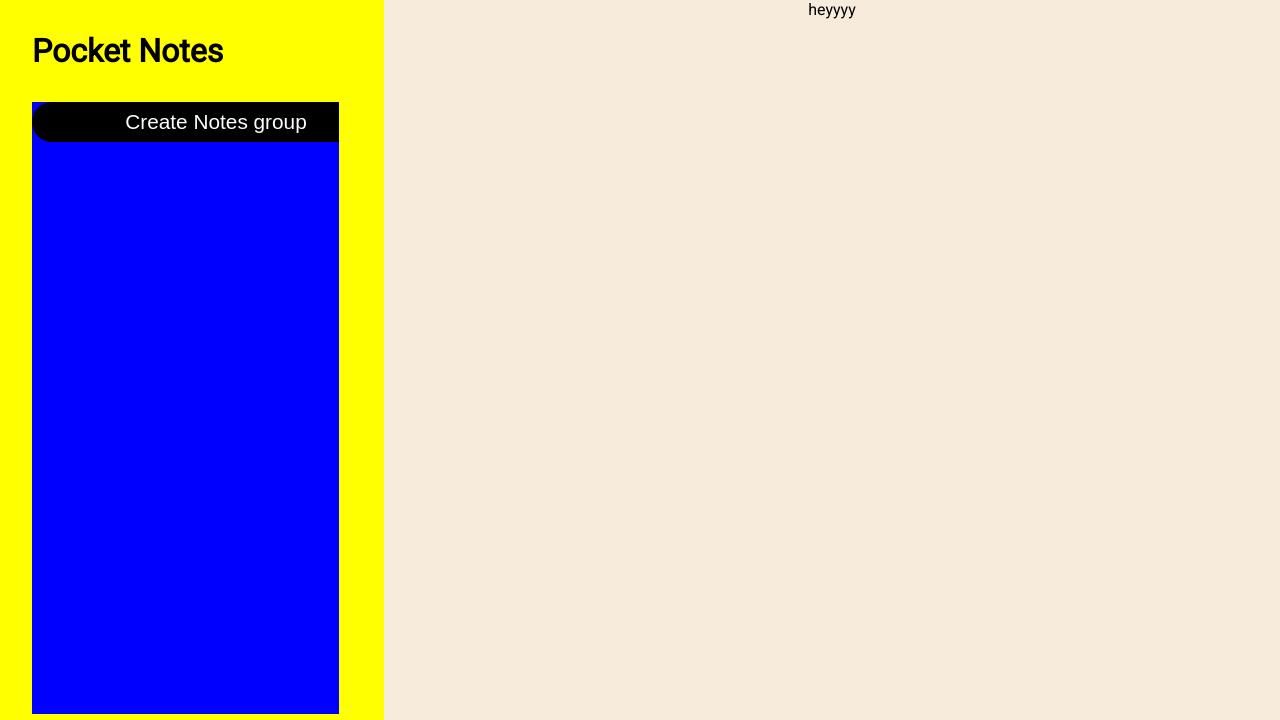
Repository: drumsmanku/react-module-test
Page: /
These files come from the project's save history. The page is drawn as it stood at one moment and after the next save; the edit follows.
The browser window is 1280 px wide. The pictures show the whole page.
The project was rebuilt for these pictures with package versions that can differ from the ones it lists, and the page was loaded fresh each time.

Above is the page before, as saved 2023-06-10 18:55:37.

### src/App.js
import './App.css';
import MainPage from './Components/MainPage';

function App() {
  return (
    <div className="App">
      <MainPage/>
    </div>
  );
}

export default App;

### src/Components/MainPage.js
import React, { useState, useEffect } from "react";
import "./MainPage.css";
import PopUp from "./PopUp";

function MainPage() {

  const colors=['#81acbc', '#567da2','#9c7ac8','#91b1c5','#ea9fd8','#35f030','#8c5064','#186e33','#c25650','#cc7ec7','#2521ef','#e9d499','#25f073','#dcf4b6','#17cb98','#cb6856','#49616e','#7fef88','#a362f6','#08e400','#9726a2','#5c0a51' ]
  const [myGroups, setMyGroups] = useState(() => {
    const storedValue = localStorage.getItem("group");
    return storedValue ? JSON.parse(storedValue) : [];
  });

  useEffect(() => {
    localStorage.setItem("group", JSON.stringify(myGroups));
  }, [myGroups]);

  return (
    <div className="main-container">
      <div className="first-compartment">
        <h1>Pocket Notes</h1>
        <div className="group-buttons">
          <PopUp myGroups={myGroups} setMyGroups={setMyGroups} />
          {myGroups.map((group, idx) => (
            <button className="cat-buttons" key={idx}>
              <div className="icon" style={{backgroundColor:colors[idx]}}></div> {group}
            </button>
          ))}
        </div>
      </div>
      <div className="second-compartment">heyyyy</div>
    </div>
  );
}

export default MainPage;

### src/Components/MainPage.css
@import url('https://fonts.googleapis.com/css2?family=Roboto&display=swap');
body{
  font-family: 'Roboto';
}

.main-container{
  height: 100vh;
  width: 100vw;
  display: flex;
}

.first-compartment{
  width: 30%;
  height: 100vh;
  background-color: yellow;
}

.first-compartment h1{
  margin: 0;
  text-align: left;
  padding: 2rem;
}
.group-buttons{
  height: 85%;
  max-height: 85%;
  overflow-y: auto;
  overflow-x: visible;
  width: 80%;
  background-color: blue;
  display: flex;
  flex-direction: column;
  align-items: flex-start;
  margin-left: 2rem;
}

.cat-buttons{
  width: 26rem;
  height: 4rem;
  background-color: white;
  color: black;
  margin: 1rem 1rem 1rem 0;
  font-size: 1.3rem;
  font-weight: medium;
  display: flex;
  align-items: center;


}
.icon{
  height: 3.5rem;
  width: 3.5rem;
  border-radius: 50%;
  margin-right: 2rem;

}
.second-compartment{
  background-color: #F7ECDC;
  width: 70%;
  height: 100vh;
}

### src/Components/PopUp.js
import React, { useState } from "react";
import "./PopUp.css";
import Popup from "reactjs-popup";
import "reactjs-popup/dist/index.css";

function PopUp({ myGroups, setMyGroups }) {
  const [input, setInput] = useState("");

  const handleInputChange = (event) => {
    setInput(event.target.value);
  };

  const handleButtonClick = () => {
    setMyGroups([...myGroups, input]);
    setInput("");
  };

  return (
    <div>
      <Popup
        trigger={<button className="btn-1">Create Notes group</button>}
        modal
        nested
      >
        {(close) => (
          <div className="modal">
            <div className="content">Welcome to GFG!!!</div>
            <div>
              <button onClick={() => close()}>Close modal</button>
              <input type="text" onChange={handleInputChange} value={input} />
              <button onClick={handleButtonClick}>add</button>
            </div>
          </div>
        )}
      </Popup>
    </div>
  );
}

export default PopUp;

### src/Components/PopUp.css
@import url('https://fonts.googleapis.com/css2?family=Roboto&display=swap');

body{
  font-family: 'Roboto';
}

.btn-1{
  width: 23rem;
  height: 2.5rem;
  background-color: black;
  border: none;
  border-radius: 3rem;
  color: white;
  font-weight: 2rem;
  font-size: 1.3rem;
}

Loaded but not shown: public/index.html (common file); src/index.js (common file); src/index.css (common file); src/App.css (common file)

After the next save:
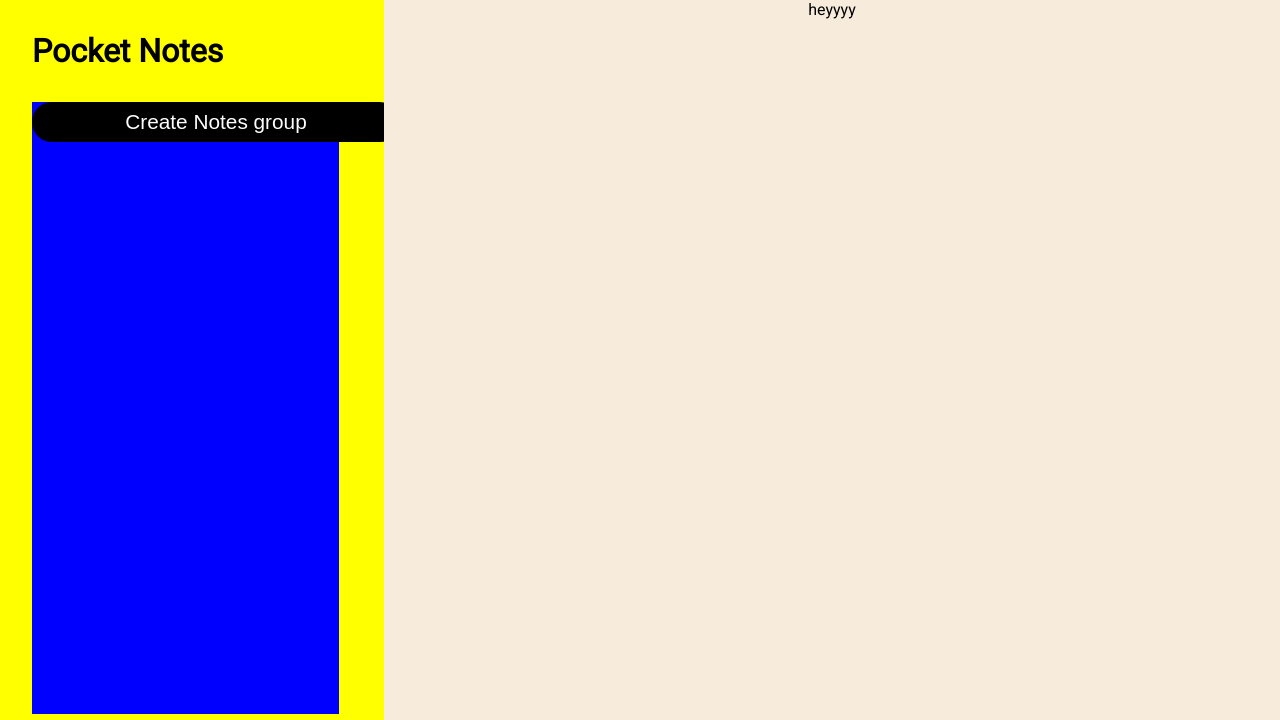
Saved 19 s later.
--- a/src/Components/MainPage.css
+++ b/src/Components/MainPage.css
@@ -23,8 +23,7 @@ body{
 .group-buttons{
   height: 85%;
   max-height: 85%;
-  overflow-y: auto;
-  overflow-x: visible;
+
   width: 80%;
   background-color: blue;
   display: flex;
